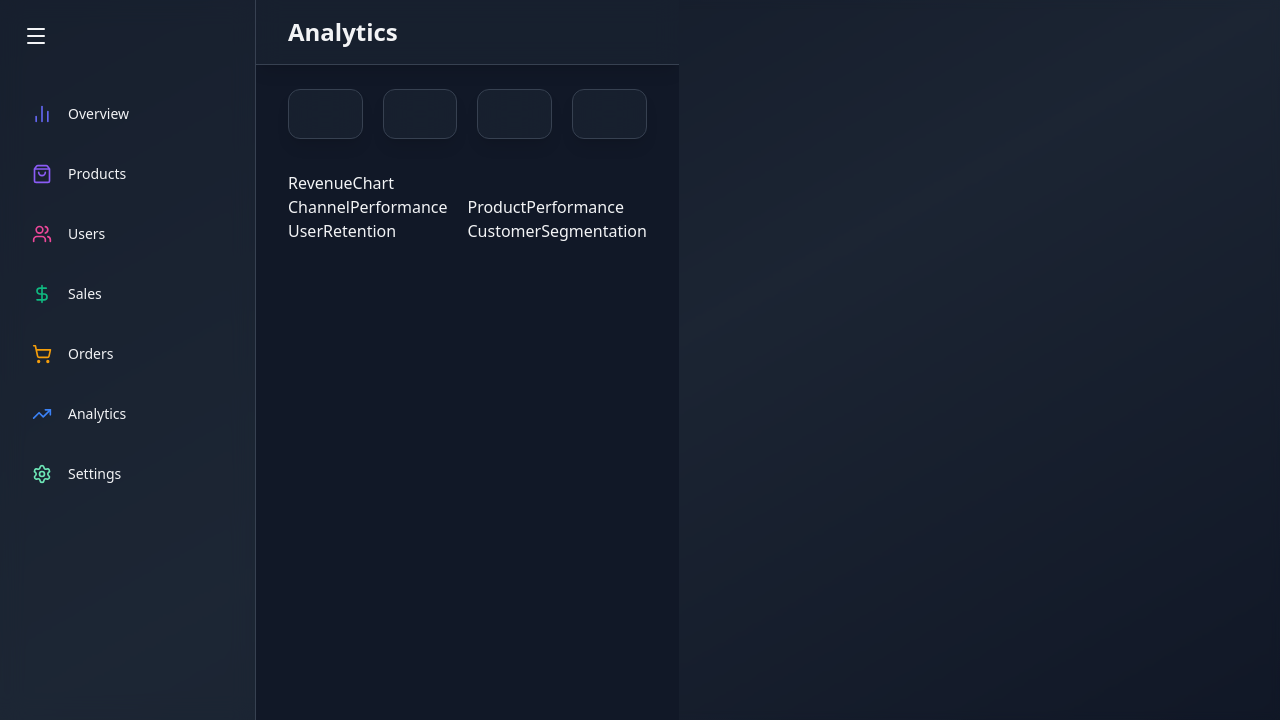
Repository: Abdirabi11/React-dashboard
Page: /analytics
The author's editor kept a copy of each file at every save. The page is drawn from the files as they stood at one save, then again after a run of saves.
The browser window is 1280 px wide. The pictures show the whole page.
The project was rebuilt for these pictures with package versions that can differ from the ones it lists, and the page was loaded fresh each time. Also part of the build but not shown: vite.config.js, src/components/common/StatCard.jsx, src/components/overview/SalesOverviewChart.jsx, src/components/overview/CategoryDistributionChart.jsx, src/components/overview/SalesChannelChart.jsx, src/pages/OverviewPage.jsx, src/components/products/SalesTrendChart.jsx, src/components/products/ProductsTable.jsx and 15 more.

Above is the page before, as saved 2025-07-19 11:15:02.

### src/components/common/Sidebar.jsx
import { BarChart2, DollarSign, Menu, Settings, ShoppingBag, ShoppingCart, TrendingUp, Users } from "lucide-react";
import { useState } from "react";
import { AnimatePresence, motion } from "framer-motion";
import { Link } from "react-router-dom";

const SIDEBAR_ITEMS = [
	{
		name: "Overview",
		icon: BarChart2,
		color: "#6366f1",
		href: "/",
	},
	{ name: "Products", icon: ShoppingBag, color: "#8B5CF6", href: "/products" },
	{ name: "Users", icon: Users, color: "#EC4899", href: "/users" },
	{ name: "Sales", icon: DollarSign, color: "#10B981", href: "/sales" },
	{ name: "Orders", icon: ShoppingCart, color: "#F59E0B", href: "/orders" },
	{ name: "Analytics", icon: TrendingUp, color: "#3B82F6", href: "/analytics" },
	{ name: "Settings", icon: Settings, color: "#6EE7B7", href: "/settings" },
];

const Sidebar = () => {
	const [isSidebarOpen, setIsSidebarOpen] = useState(true);

	return (
		<motion.div
			className={`relative z-10 transition-all duration-300 ease-in-out flex-shrink-0 ${
				isSidebarOpen ? "w-64" : "w-20"
			}`}
			animate={{ width: isSidebarOpen ? 256 : 80 }}
		>
			<div className='h-full bg-gray-800 bg-opacity-50 backdrop-blur-md p-4 flex flex-col border-r border-gray-700'>
				<motion.button
					whileHover={{ scale: 1.1 }}
					whileTap={{ scale: 0.9 }}
					onClick={() => setIsSidebarOpen(!isSidebarOpen)}
					className='p-2 rounded-full hover:bg-gray-700 transition-colors max-w-fit'
				>
					<Menu size={24} />
				</motion.button>

				<nav className='mt-8 flex-grow'>
					{SIDEBAR_ITEMS.map((item) => (
						<Link key={item.href} to={item.href}>
							<motion.div className='flex items-center p-4 text-sm font-medium rounded-lg hover:bg-gray-700 transition-colors mb-2'>
								<item.icon size={20} style={{ color: item.color, minWidth: "20px" }} />
								<AnimatePresence>
									{isSidebarOpen && (
										<motion.span
											className='ml-4 whitespace-nowrap'
											initial={{ opacity: 0, width: 0 }}
											animate={{ opacity: 1, width: "auto" }}
											exit={{ opacity: 0, width: 0 }}
											transition={{ duration: 0.2, delay: 0.3 }}
										>
											{item.name}
										</motion.span>
									)}
								</AnimatePresence>
							</motion.div>
						</Link>
					))}
				</nav>
			</div>
		</motion.div>
	);
};
export default Sidebar;

### src/pages/AnalyticsPage.jsx
import { motion } from "framer-motion";
import ChannelPerformance from "../components/analytics/ChannelPerformance";
import CustomerSegmentation from "../components/analytics/CustomerSegmentation";
import OverviewCards from "../components/analytics/OverviewCards";
import ProductPerformance from "../components/analytics/ProductPerformance";
import RevenueChart from "../components/analytics/RevenueChart";
import UserRetention from "../components/analytics/UserRetention";
import Header from "../components/common/Header";


const AnalyticsPage = () => {
	return (
		<div className="flez-1 overflow-auto relative z-10 bg-gray-900">
			<Header title="Analytics" />
			<main className='max-w-7xl mx-auto py-6 px-4 lg:px-8'>
			    <OverviewCards />
				<RevenueChart />

				<div className="grid grid-cols-1 lg:grid-cols-2 gab-8 mb-8">
				    <ChannelPerformance />
					<ProductPerformance />
					<UserRetention />
					<CustomerSegmentation />
				</div>
			</main>
		</div>
	);
};
export default AnalyticsPage;

### src/components/analytics/ChannelPerformance.jsx
import React from 'react'

const ChannelPerformance = () => {
  return (
    <div>ChannelPerformance</div>
  )
}

export default ChannelPerformance

### src/components/analytics/CustomerSegmentation.jsx
import React from 'react'

const CustomerSegmentation = () => {
  return (
    <div>CustomerSegmentation</div>
  )
}

export default CustomerSegmentation

### src/components/analytics/OverviewCards.jsx
import { motion } from "framer-motion";
import { DollarSign, Users, ShoppingBag, Eye, ArrowDownRight, ArrowUpRight } from "lucide-react";

const overviewData = [
	{ name: "Revenue", value: "$1,234,567", change: 12.5, icon: DollarSign },
	{ name: "Users", value: "45,678", change: 8.3, icon: Users },
	{ name: "Orders", value: "9,876", change: -3.2, icon: ShoppingBag },
	{ name: "Page Views", value: "1,234,567", change: 15.7, icon: Eye },
];


const OverviewCards = () => {
  return (
    <div className="grid grid-cols-1 gap-5 sm:grid-cols-2 lg:grid-cols-4 mb-8">
      {overviewData.map((item, index)=> (
        <motion.div
          key={item.name}
          className='bg-gray-800 bg-opacity-50 backdrop-filter backdrop-blur-lg shadow-lg
            rounded-xl p-6 border border-gray-700
          '
          initial={{ opacity: 0, y: 20 }}
          animate={{ opacity: 1, y: 0 }}
          transition={{ delay: index * 0.1 }}
        >

        </motion.div>
      ))}
    </div>
  )
}

export default OverviewCards

### src/components/analytics/ProductPerformance.jsx
import React from 'react'

const ProductPerformance = () => {
  return (
    <div>ProductPerformance</div>
  )
}

export default ProductPerformance

### src/components/analytics/RevenueChart.jsx
import React from 'react'

const RevenueChart = () => {
  return (
    <div>RevenueChart</div>
  )
}

export default RevenueChart

### src/components/analytics/UserRetention.jsx
import React from 'react'

const UserRetention = () => {
  return (
    <div>UserRetention</div>
  )
}

export default UserRetention

Loaded but not shown: index.html (common file); src/main.jsx (common file); src/App.jsx (common file); src/index.css (common file); src/components/common/Header.jsx (common file); tailwind.config.js (common file)

After the next 2 saves:
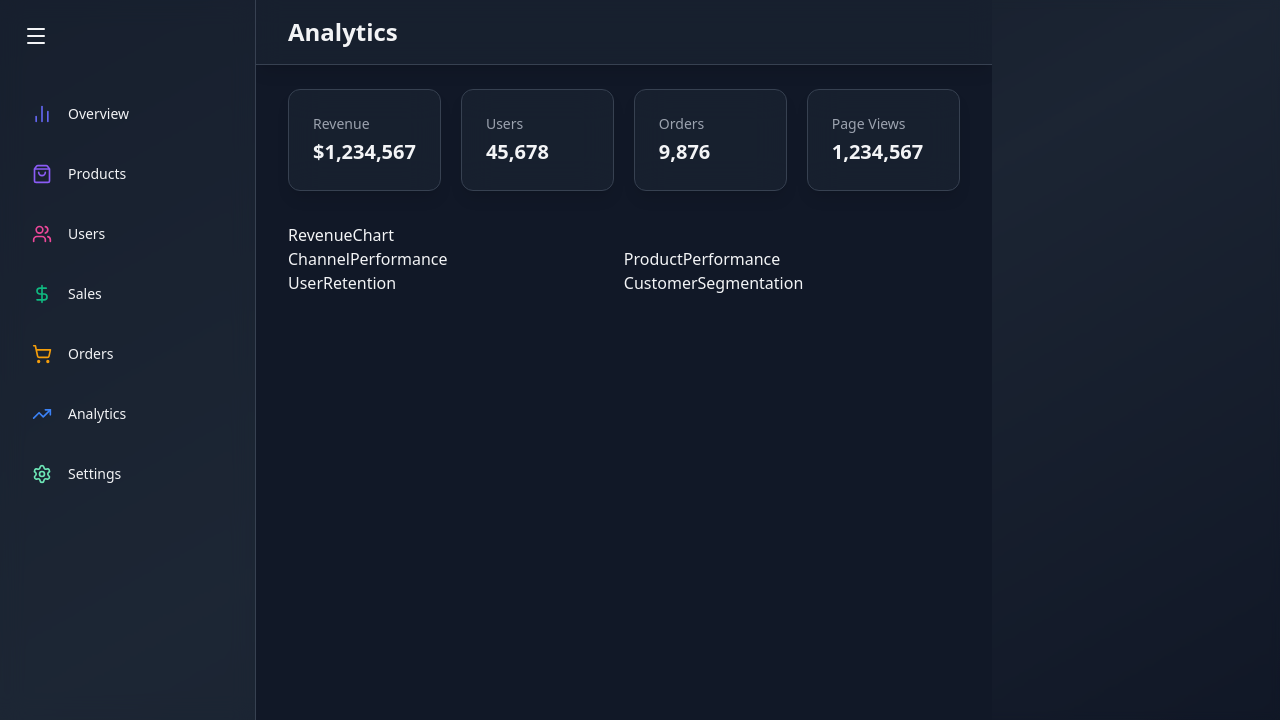
The 2 saves are shown as one change because they came seconds apart.
The last was saved 3 min 35 s later.
--- a/src/components/analytics/OverviewCards.jsx
+++ b/src/components/analytics/OverviewCards.jsx
@@ -22,7 +22,12 @@ const OverviewCards = () => {
           animate={{ opacity: 1, y: 0 }}
           transition={{ delay: index * 0.1 }}
         >
-
+          <div className='flex items-center justify-between'>
+            <div>
+							<h3 className='text-sm font-medium text-gray-400'>{item.name}</h3>
+							<p className='mt-1 text-xl font-semibold text-gray-100'>{item.value}</p>
+						</div>
+          </div>
         </motion.div>
       ))}
     </div>
